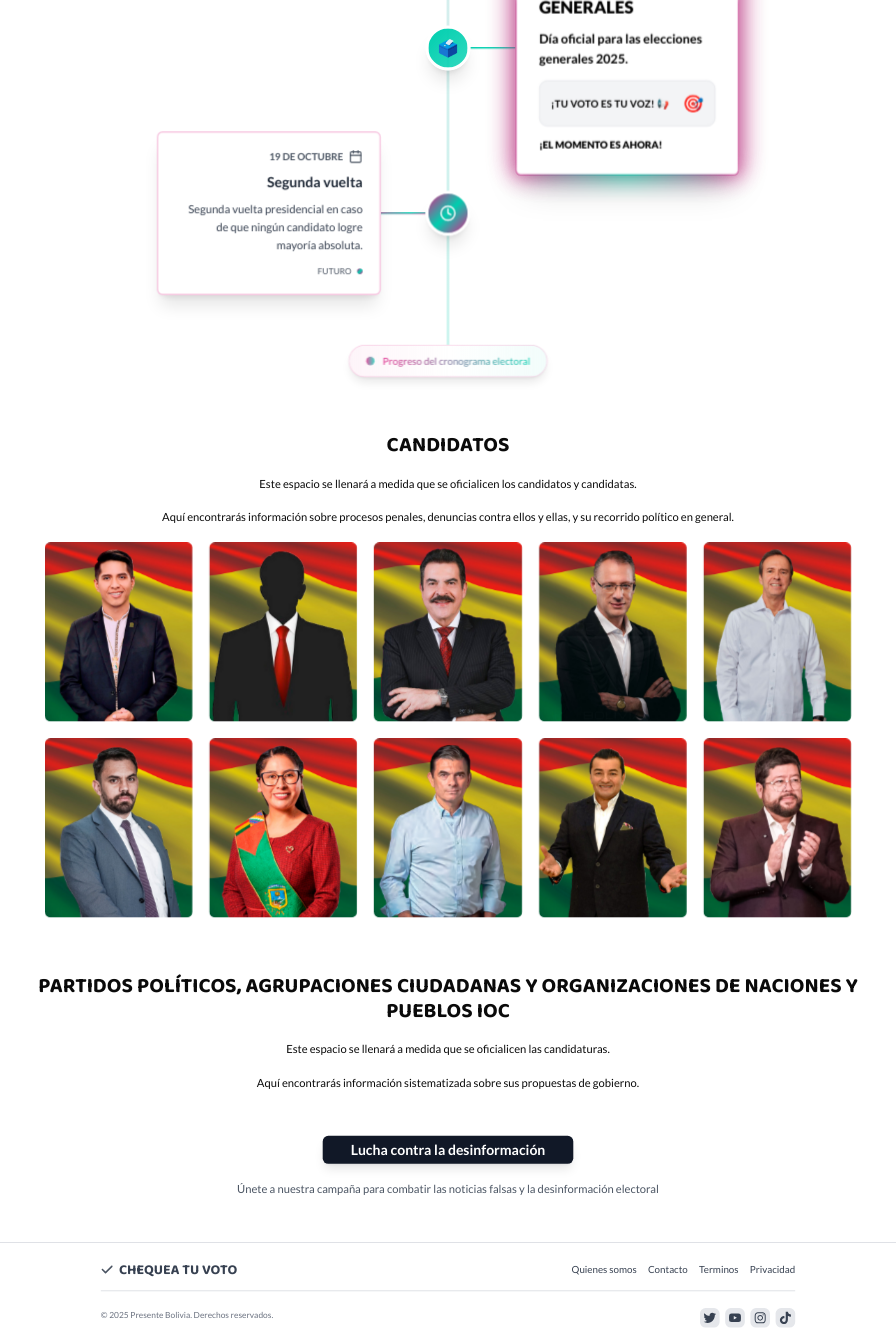
Repository: Roberto8695/chequeatuvoto-v2
Page: /
The author's editor kept a copy of each file at every save. The page is drawn from the files as they stood at one save, then again after the next save.
The browser window is 1280 px wide. The pictures show the part of the page from y = 4462 to 6382 px (the page is 6382 px tall), at 70% of full size.
The project was rebuilt for these pictures with package versions that can differ from the ones it lists, and the page was loaded fresh each time. Some packages were replaced by stand-ins written for this rebuild. The framework's server and built-in components were replaced by stand-ins that run in the browser. Also part of the build but not shown: next.config.ts.

Above is the page before, as saved 2025-07-01 17:23:49.

After the next save:
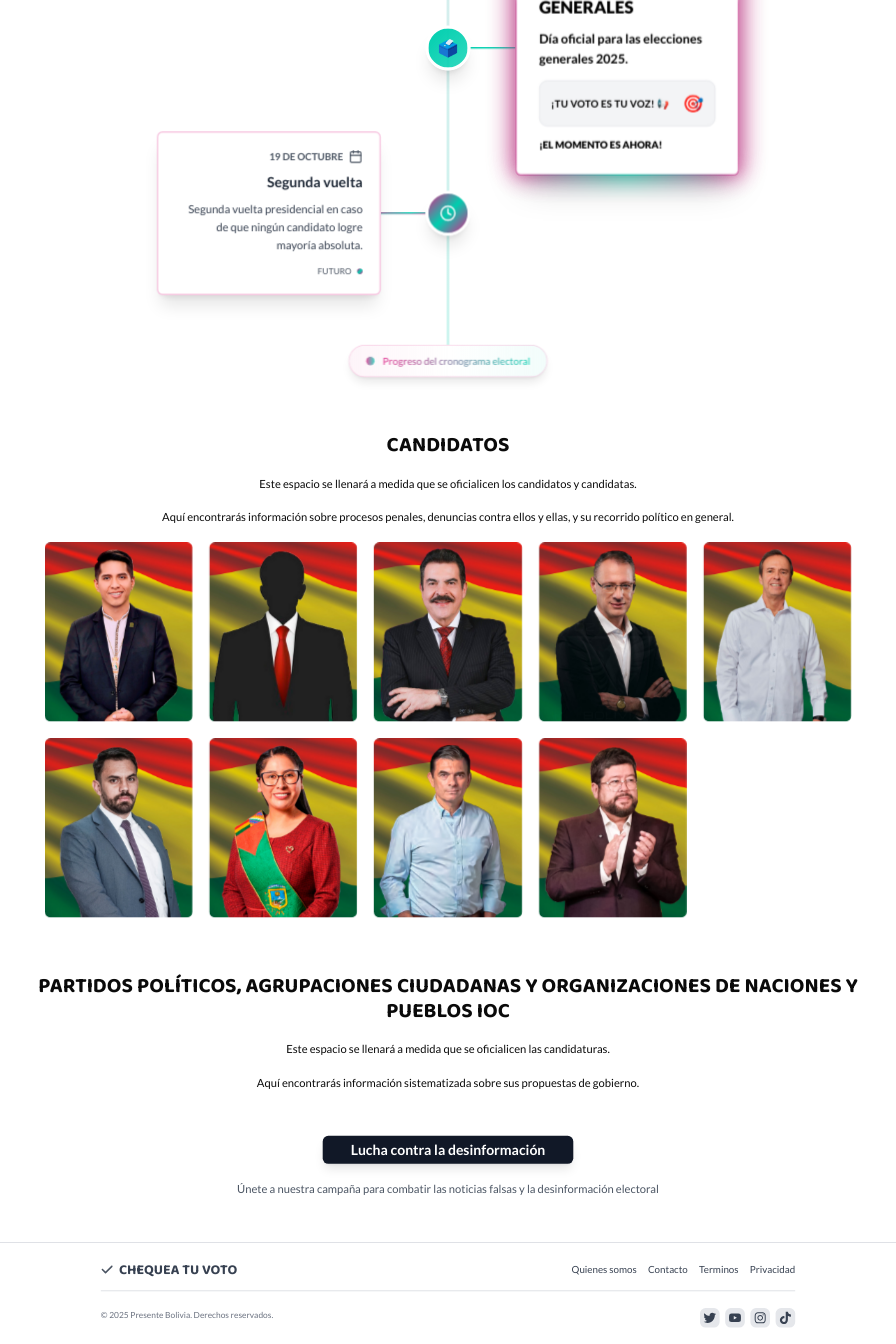
Saved 44 s later.
--- a/src/app/components/card-candidatos.tsx
+++ b/src/app/components/card-candidatos.tsx
@@ -50,12 +50,7 @@
       src: "/imagenes2/IMAGENES PAGINA WEB/rodrigo-paz.jpg",
       slug: "pdc",
     },
-    {
-      title: "Jhonny Fernández",
-      team: "UCS",
-      src: "/imagenes2/IMAGENES PAGINA WEB/jhonny-fernandez.jpg",
-      slug: "ucs",
-    },
+
     {
       title: "Samuel Doria Medina",
       team: "UN",
